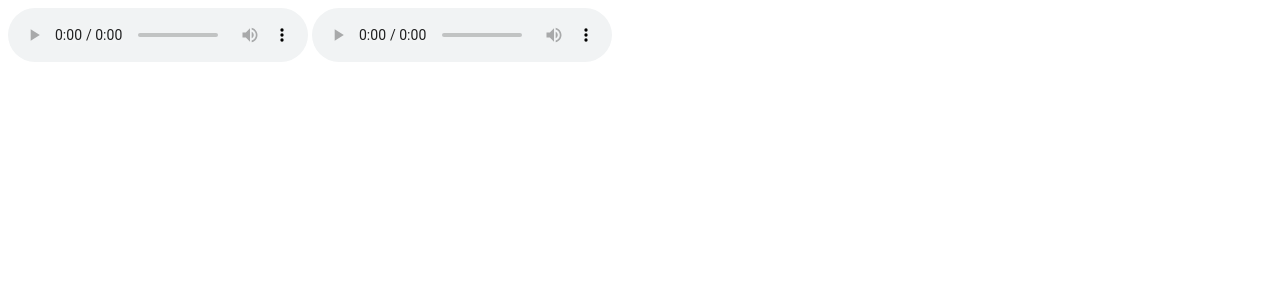
Repository: seokku/java2
Page: workspace/web/ch02basic/WebContent/media.html
The author's editor kept a copy of each file at every save. The page is drawn from the files as they stood at one save, then again after the next save.
The browser window is 1280 px wide. The pictures show the whole page.

Above is the page before, as saved 2021-02-15 08:18:48.

### workspace/web/ch02basic/WebContent/media.html
<!DOCTYPE html>
<html>
<head>
<meta charset="UTF-8">
<title>Insert title here</title>
</head>
<body>
<!-- 음원이 하나만 존재하는 경우 태그 안에 src 속성을 이용해서 오디오 파일을 선택 -->
<audio src="audio.m4a" controls="controls" autoplay></audio>
<!-- 브라우저 마다 음원을 플레이 여부가 정해진다. source 태그의 음원중 위에서 아래로 플레이할수 있는 음원을 찾아서 플레이 해준다. -->
<audio controls="controls">
	<source src="audio.m4a">
	<source src="audio.m4a">
	<source src="audio.m4a">
	음원을 지원하지 않는 브라우저입니다.
</audio>
</body>
</html>

After the next save:
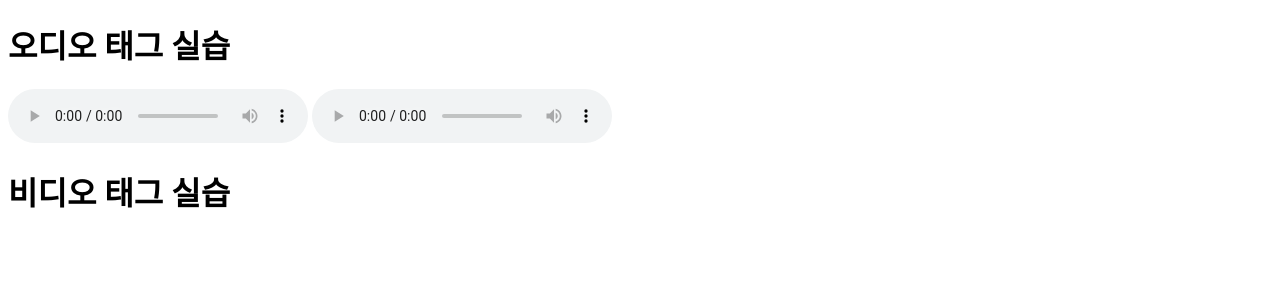
Saved 89 s later.
--- a/workspace/web/ch02basic/WebContent/media.html
+++ b/workspace/web/ch02basic/WebContent/media.html
@@ -5,6 +5,7 @@
 <title>Insert title here</title>
 </head>
 <body>
+<h1>오디오 태그 실습</h1>
 <!-- 음원이 하나만 존재하는 경우 태그 안에 src 속성을 이용해서 오디오 파일을 선택 -->
 <audio src="audio.m4a" controls="controls" autoplay></audio>
 <!-- 브라우저 마다 음원을 플레이 여부가 정해진다. source 태그의 음원중 위에서 아래로 플레이할수 있는 음원을 찾아서 플레이 해준다. -->
@@ -14,5 +15,7 @@
 	<source src="audio.m4a">
 	음원을 지원하지 않는 브라우저입니다.
 </audio>
+
+<h1>비디오 태그 실습</h1>
 </body>
 </html>
